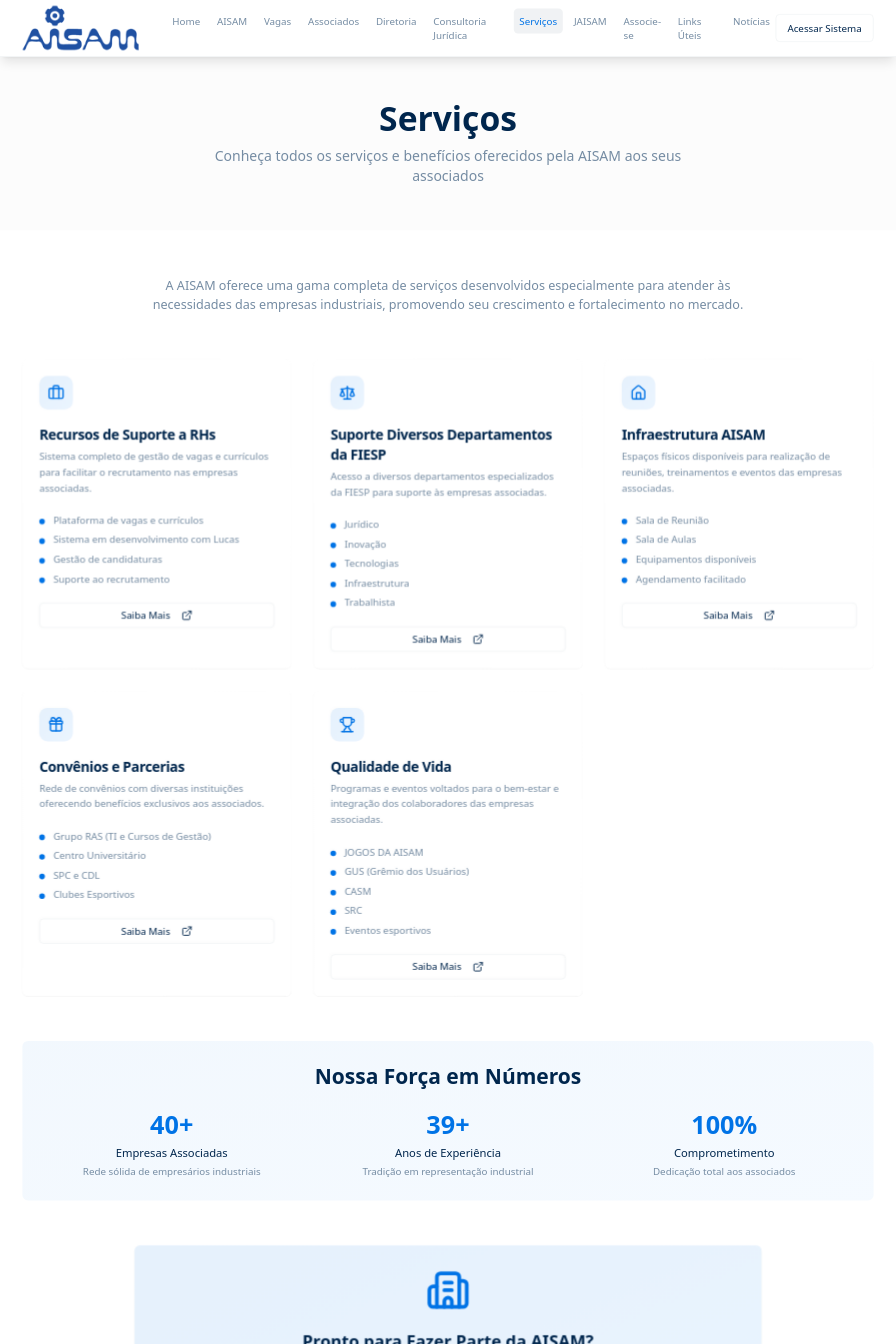
Repository: LucasRios95/aisam.com.br
Page: /servicos (app in frontend/)
An editor plug-in stored every save of this project. The page is shown before and after the next save, followed by the edit.
The browser window is 1280 px wide. The pictures show the part of the page from y = 0 to 1920 px (the page is 2681 px tall), at 70% of full size.
The page's requests for data from a server got no answer. The project was rebuilt for these pictures with package versions that can differ from the ones it lists, and the page was loaded fresh each time. No one was signed in, and anything a server would have sent is missing. Also part of the build but not shown: frontend/vite.config.ts, frontend/src/components/ui/tooltip.tsx, frontend/src/components/Hero.tsx, frontend/src/components/IndustryGrid.tsx, frontend/src/pages/Index.tsx, frontend/src/pages/Aisam.tsx, frontend/src/pages/Associados.tsx, frontend/src/components/ui/avatar.tsx and 36 more.

Above is the page before, as saved 2025-10-23 17:59:59.

### frontend/index.html
<!DOCTYPE html>
<html lang="en">
  <head>
    <meta charset="UTF-8" />
    <link rel="icon" type="image/x-icon" href="/favicon.ico" />
    <meta name="viewport" content="width=device-width, initial-scale=1.0" />
    <title>AISAM - Associação das Indústrias</title>
    <meta name="description" content="Associação das Indústrias de São Roque, Araçariguama, Alumínio e Mairinque. Fundada em 1986, promovendo a união empresarial e defendendo interesses comuns." />
    <meta name="author" content="AISAM" />
    <meta name="keywords" content="AISAM, associação, indústrias, São Roque, Araçariguama, Alumínio, Mairinque, empresas" />

    <meta property="og:title" content="AISAM - Associação das Indústrias" />
    <meta property="og:description" content="Associação das Indústrias de São Roque, Araçariguama, Alumínio e Mairinque" />
    <meta property="og:type" content="website" />
    <meta property="og:image" content="https://lovable.dev/opengraph-image-p98pqg.png" />

    <meta name="twitter:card" content="summary_large_image" />
    <meta name="twitter:site" content="@lovable_dev" />
    <meta name="twitter:image" content="https://lovable.dev/opengraph-image-p98pqg.png" />
  </head>

  <body>
    <div id="root"></div>
    <script type="module" src="/src/main.tsx"></script>
  </body>
</html>

### frontend/src/components/ui/toaster.tsx
import { useToast } from "@/hooks/use-toast"
import {
  Toast,
  ToastClose,
  ToastDescription,
  ToastProvider,
  ToastTitle,
  ToastViewport,
} from "@/components/ui/toast"

export function Toaster() {
  const { toasts } = useToast()

  return (
    <ToastProvider>
      {toasts.map(function ({ id, title, description, action, ...props }) {
        return (
          <Toast key={id} {...props}>
            <div className="grid gap-1">
              {title && <ToastTitle>{title}</ToastTitle>}
              {description && (
                <ToastDescription>{description}</ToastDescription>
              )}
            </div>
            {action}
            <ToastClose />
          </Toast>
        )
      })}
      <ToastViewport />
    </ToastProvider>
  )
}

### frontend/src/components/ui/sonner.tsx
import { useTheme } from "next-themes"
import { Toaster as Sonner, toast } from "sonner"

type ToasterProps = React.ComponentProps<typeof Sonner>

const Toaster = ({ ...props }: ToasterProps) => {
  const { theme = "system" } = useTheme()

  return (
    <Sonner
      theme={theme as ToasterProps["theme"]}
      className="toaster group"
      toastOptions={{
        classNames: {
          toast:
            "group toast group-[.toaster]:bg-background group-[.toaster]:text-foreground group-[.toaster]:border-border group-[.toaster]:shadow-lg",
          description: "group-[.toast]:text-muted-foreground",
          actionButton:
            "group-[.toast]:bg-primary group-[.toast]:text-primary-foreground",
          cancelButton:
            "group-[.toast]:bg-muted group-[.toast]:text-muted-foreground",
        },
      }}
      {...props}
    />
  )
}

export { Toaster, toast }

### frontend/src/pages/Servicos.tsx
import PageLayout from "@/components/PageLayout";
import { motion } from "framer-motion";
import { Card, CardContent, CardHeader, CardTitle } from "@/components/ui/card";
import { Button } from "@/components/ui/button";
import {
  Users,
  Handshake,
  TrendingUp,
  MessageSquare,
  Calendar,
  FileText,
  Building2,
  Phone,
  Mail,
  ExternalLink,
  MessageCircle,
  Briefcase,
  Scale,
  Home,
  Gift,
  Trophy
} from "lucide-react";
import { Link } from "react-router-dom";

const Servicos = () => {
  const servicos = [
    {
      icon: Briefcase,
      title: "Recursos de Suporte a RHs",
      description: "Sistema completo de gestão de vagas e currículos para facilitar o recrutamento nas empresas associadas.",
      features: [
        "Plataforma de vagas e currículos",
        "Sistema em desenvolvimento com Lucas",
        "Gestão de candidaturas",
        "Suporte ao recrutamento"
      ],
      link: "/vagas"
    },
    {
      icon: Scale,
      title: "Suporte Diversos Departamentos da FIESP",
      description: "Acesso a diversos departamentos especializados da FIESP para suporte às empresas associadas.",
      features: [
        "Jurídico",
        "Inovação",
        "Tecnologias",
        "Infraestrutura",
        "Trabalhista"
      ],
      link: "/links-uteis"
    },
    {
      icon: Home,
      title: "Infraestrutura AISAM",
      description: "Espaços físicos disponíveis para realização de reuniões, treinamentos e eventos das empresas associadas.",
      features: [
        "Sala de Reunião",
        "Sala de Aulas",
        "Equipamentos disponíveis",
        "Agendamento facilitado"
      ],
      link: "/contato"
    },
    {
      icon: Gift,
      title: "Convênios e Parcerias",
      description: "Rede de convênios com diversas instituições oferecendo benefícios exclusivos aos associados.",
      features: [
        "Grupo RAS (TI e Cursos de Gestão)",
        "Centro Universitário",
        "SPC e CDL",
        "Clubes Esportivos"
      ],
      link: "/associe-se"
    },
    {
      icon: Trophy,
      title: "Qualidade de Vida",
      description: "Programas e eventos voltados para o bem-estar e integração dos colaboradores das empresas associadas.",
      features: [
        "JOGOS DA AISAM",
        "GUS (Grêmio dos Usuários)",
        "CASM",
        "SRC",
        "Eventos esportivos"
      ],
      link: "/jaisam"
    }
  ];

  const vantagens = [
    {
      number: "40+",
      label: "Empresas Associadas",
      description: "Rede sólida de empresários industriais"
    },
    {
      number: "39+",
      label: "Anos de Experiência",
      description: "Tradição em representação industrial"
    },
    {
      number: "100%",
      label: "Comprometimento",
      description: "Dedicação total aos associados"
    }
  ];

  return (
    <PageLayout
      title="Serviços"
      description="Conheça todos os serviços e benefícios oferecidos pela AISAM aos seus associados"
    >
      <section className="py-16">
        <div className="container mx-auto px-4 sm:px-6 lg:px-8">

          {/* Introdução */}
          <motion.div
            initial={{ opacity: 0, y: 30 }}
            whileInView={{ opacity: 1, y: 0 }}
            transition={{ duration: 0.6 }}
            viewport={{ once: true }}
            className="text-center mb-16"
          >
            <p className="text-lg text-muted-foreground max-w-4xl mx-auto">
              A AISAM oferece uma gama completa de serviços desenvolvidos especialmente para
              atender às necessidades das empresas industriais, promovendo seu crescimento
              e fortalecimento no mercado.
            </p>
          </motion.div>

          {/* Grid de Serviços */}
          <div className="grid grid-cols-1 md:grid-cols-2 lg:grid-cols-3 gap-8 mb-16">
            {servicos.map((servico, index) => (
              <motion.div
                key={servico.title}
                initial={{ opacity: 0, y: 20 }}
                whileInView={{ opacity: 1, y: 0 }}
                transition={{ duration: 0.4, delay: index * 0.1 }}
                viewport={{ once: true }}
              >
                <Card className="card-shadow h-full border-0 bg-gradient-to-br from-card to-card/80 backdrop-blur-sm hover:scale-105 transition-all duration-300 group">
                  <CardHeader>
                    <div className="w-12 h-12 mb-4 rounded-xl bg-gradient-to-br from-primary/10 to-accent/10 flex items-center justify-center group-hover:scale-110 transition-transform duration-300">
                      <servico.icon className="h-6 w-6 text-primary" />
                    </div>
                    <CardTitle className="text-xl text-foreground">{servico.title}</CardTitle>
                    <p className="text-muted-foreground text-sm leading-relaxed">
                      {servico.description}
                    </p>
                  </CardHeader>
                  <CardContent>
                    <ul className="space-y-2 mb-6">
                      {servico.features.map((feature, featureIndex) => (
                        <li key={featureIndex} className="flex items-start space-x-3">
                          <div className="w-2 h-2 rounded-full bg-primary mt-2 flex-shrink-0"></div>
                          <span className="text-muted-foreground text-sm">{feature}</span>
                        </li>
                      ))}
                    </ul>
                    <Button variant="outline" size="sm" asChild className="w-full">
                      <Link to={servico.link}>
                        Saiba Mais
                        <ExternalLink className="ml-2 h-4 w-4" />
                      </Link>
                    </Button>
                  </CardContent>
                </Card>
              </motion.div>
            ))}
          </div>

          {/* Estatísticas */}
          <motion.div
            initial={{ opacity: 0, y: 30 }}
            whileInView={{ opacity: 1, y: 0 }}
            transition={{ duration: 0.6 }}
            viewport={{ once: true }}
            className="bg-gradient-to-br from-primary/5 to-accent/5 rounded-lg p-8 mb-16"
          >
            <h2 className="text-3xl font-bold text-foreground mb-8 text-center">
              Nossa Força em Números
            </h2>
            <div className="grid grid-cols-2 md:grid-cols-3 gap-8">
              {vantagens.map((vantagem, index) => (
                <motion.div
                  key={vantagem.label}
                  initial={{ opacity: 0, scale: 0.8 }}
                  whileInView={{ opacity: 1, scale: 1 }}
                  transition={{ duration: 0.4, delay: index * 0.1 }}
                  viewport={{ once: true }}
                  className="text-center"
                >
                  <div className="text-3xl md:text-4xl font-bold text-primary mb-2">
                    {vantagem.number}
                  </div>
                  <div className="font-medium text-foreground mb-1">
                    {vantagem.label}
                  </div>
                  <div className="text-sm text-muted-foreground">
                    {vantagem.description}
                  </div>
                </motion.div>
              ))}
            </div>
          </motion.div>

          {/* Call to Action */}
          <motion.div
            initial={{ opacity: 0, y: 30 }}
            whileInView={{ opacity: 1, y: 0 }}
            transition={{ duration: 0.6 }}
            viewport={{ once: true }}
            className="text-center"
          >
            <Card className="max-w-4xl mx-auto border-0 bg-gradient-to-br from-primary/10 to-accent/10 backdrop-blur-sm">
              <CardContent className="p-8">
                <Building2 className="h-16 w-16 mx-auto mb-6 text-primary" />
                <h2 className="text-2xl font-bold text-foreground mb-4">
                  Pronto para Fazer Parte da AISAM?
                </h2>
                <p className="text-lg text-muted-foreground mb-8 max-w-2xl mx-auto">
                  Junte-se à maior associação industrial da região e tenha acesso a todos
                  esses serviços e benefícios exclusivos para empresas associadas.
                </p>
                <div className="flex flex-col sm:flex-row gap-4 justify-center">
                  <Button size="lg" asChild>
                    <Link to="/associe-se">
                      Associe-se Agora
                      <ExternalLink className="ml-2 h-5 w-5" />
                    </Link>
                  </Button>
                  <Button size="lg" variant="outline" asChild>
                    <Link to="/contato">
                      Saiba Mais
                      <ExternalLink className="ml-2 h-5 w-5" />
                    </Link>
                  </Button>
                  <Button size="lg" variant="secondary" asChild>
                    <a href="https://wa.me/551147126979" target="_blank" rel="noopener noreferrer">
                      WhatsApp
                      <MessageCircle className="ml-2 h-5 w-5" />
                    </a>
                  </Button>
                </div>

                <div className="flex flex-col sm:flex-row items-center justify-center gap-6 mt-8 pt-6 border-t border-border/30">
                  <div className="flex items-center space-x-3 text-muted-foreground">
                    <Phone className="w-5 h-5 text-primary" />
                    <span>(11) 4712-6979</span>
                  </div>
                  <div className="flex items-center space-x-3 text-muted-foreground">
                    <Mail className="w-5 h-5 text-primary" />
                    <span>aisam@aisam.com.br</span>
                  </div>
                </div>
              </CardContent>
            </Card>
          </motion.div>
        </div>
      </section>
    </PageLayout>
  );
};

export default Servicos;

### frontend/src/components/PageLayout.tsx
import { motion } from "framer-motion";
import Header from "./Header";
import Footer from "./Footer";

interface PageLayoutProps {
  children: React.ReactNode;
  title?: string;
  description?: string;
}

const PageLayout = ({ children, title, description }: PageLayoutProps) => {
  return (
    <div className="min-h-screen flex flex-col">
      <Header />

      <motion.main
        initial={{ opacity: 0, y: 20 }}
        animate={{ opacity: 1, y: 0 }}
        transition={{ duration: 0.4 }}
        className="flex-grow page-transition"
        role="main"
      >
        {title && (
          <div className="bg-muted/50 py-16">
            <div className="container mx-auto px-4 sm:px-6 lg:px-8 text-center">
              <motion.h1
                initial={{ opacity: 0, y: 30 }}
                animate={{ opacity: 1, y: 0 }}
                transition={{ duration: 0.6 }}
                className="text-3xl md:text-4xl lg:text-5xl font-bold text-foreground mb-4"
              >
                {title}
              </motion.h1>
              {description && (
                <motion.p
                  initial={{ opacity: 0, y: 30 }}
                  animate={{ opacity: 1, y: 0 }}
                  transition={{ duration: 0.6, delay: 0.1 }}
                  className="text-xl text-muted-foreground max-w-3xl mx-auto"
                >
                  {description}
                </motion.p>
              )}
            </div>
          </div>
        )}

        {children}
      </motion.main>

      <Footer />
    </div>
  );
};

export default PageLayout;

### frontend/src/components/ui/button.tsx
import * as React from "react"
import { Slot } from "@radix-ui/react-slot"
import { cva, type VariantProps } from "class-variance-authority"

import { cn } from "@/lib/utils"

const buttonVariants = cva(
  "inline-flex items-center justify-center gap-2 whitespace-nowrap rounded-md text-sm font-medium ring-offset-background transition-colors focus-visible:outline-none focus-visible:ring-2 focus-visible:ring-ring focus-visible:ring-offset-2 disabled:pointer-events-none disabled:opacity-50 [&_svg]:pointer-events-none [&_svg]:size-4 [&_svg]:shrink-0",
  {
    variants: {
      variant: {
        default: "bg-primary text-primary-foreground hover:bg-primary/90",
        destructive:
          "bg-destructive text-destructive-foreground hover:bg-destructive/90",
        outline:
          "border border-input bg-background hover:bg-accent hover:text-accent-foreground",
        secondary:
          "bg-secondary text-secondary-foreground hover:bg-secondary/80",
        ghost: "hover:bg-accent hover:text-accent-foreground",
        link: "text-primary underline-offset-4 hover:underline",
      },
      size: {
        default: "h-10 px-4 py-2",
        sm: "h-9 rounded-md px-3",
        lg: "h-11 rounded-md px-8",
        icon: "h-10 w-10",
      },
    },
    defaultVariants: {
      variant: "default",
      size: "default",
    },
  }
)

export interface ButtonProps
  extends React.ButtonHTMLAttributes<HTMLButtonElement>,
    VariantProps<typeof buttonVariants> {
  asChild?: boolean
}

const Button = React.forwardRef<HTMLButtonElement, ButtonProps>(
  ({ className, variant, size, asChild = false, ...props }, ref) => {
    const Comp = asChild ? Slot : "button"
    return (
      <Comp
        className={cn(buttonVariants({ variant, size, className }))}
        ref={ref}
        {...props}
      />
    )
  }
)
Button.displayName = "Button"

export { Button, buttonVariants }

### frontend/src/components/ui/card.tsx
import * as React from "react"

import { cn } from "@/lib/utils"

const Card = React.forwardRef<
  HTMLDivElement,
  React.HTMLAttributes<HTMLDivElement>
>(({ className, ...props }, ref) => (
  <div
    ref={ref}
    className={cn(
      "rounded-lg border bg-card text-card-foreground shadow-sm",
      className
    )}
    {...props}
  />
))
Card.displayName = "Card"

const CardHeader = React.forwardRef<
  HTMLDivElement,
  React.HTMLAttributes<HTMLDivElement>
>(({ className, ...props }, ref) => (
  <div
    ref={ref}
    className={cn("flex flex-col space-y-1.5 p-6", className)}
    {...props}
  />
))
CardHeader.displayName = "CardHeader"

const CardTitle = React.forwardRef<
  HTMLParagraphElement,
  React.HTMLAttributes<HTMLHeadingElement>
>(({ className, ...props }, ref) => (
  <h3
    ref={ref}
    className={cn(
      "text-2xl font-semibold leading-none tracking-tight",
      className
    )}
    {...props}
  />
))
CardTitle.displayName = "CardTitle"

const CardDescription = React.forwardRef<
  HTMLParagraphElement,
  React.HTMLAttributes<HTMLParagraphElement>
>(({ className, ...props }, ref) => (
  <p
    ref={ref}
    className={cn("text-sm text-muted-foreground", className)}
    {...props}
  />
))
CardDescription.displayName = "CardDescription"

const CardContent = React.forwardRef<
  HTMLDivElement,
  React.HTMLAttributes<HTMLDivElement>
>(({ className, ...props }, ref) => (
  <div ref={ref} className={cn("p-6 pt-0", className)} {...props} />
))
CardContent.displayName = "CardContent"

const CardFooter = React.forwardRef<
  HTMLDivElement,
  React.HTMLAttributes<HTMLDivElement>
>(({ className, ...props }, ref) => (
  <div
    ref={ref}
    className={cn("flex items-center p-6 pt-0", className)}
    {...props}
  />
))
CardFooter.displayName = "CardFooter"

export { Card, CardHeader, CardFooter, CardTitle, CardDescription, CardContent }

### frontend/tailwind.config.ts
import type { Config } from "tailwindcss";

export default {
	darkMode: ["class"],
	content: [
		"./pages/**/*.{ts,tsx}",
		"./components/**/*.{ts,tsx}",
		"./app/**/*.{ts,tsx}",
		"./src/**/*.{ts,tsx}",
	],
	prefix: "",
	theme: {
		container: {
			center: true,
			padding: '2rem',
			screens: {
				'2xl': '1400px'
			}
		},
		extend: {
			colors: {
				border: 'hsl(var(--border))',
				input: 'hsl(var(--input))',
				ring: 'hsl(var(--ring))',
				background: 'hsl(var(--background))',
				foreground: 'hsl(var(--foreground))',
				primary: {
					DEFAULT: 'hsl(var(--primary))',
					foreground: 'hsl(var(--primary-foreground))',
					hover: 'hsl(var(--primary-hover))'
				},
				secondary: {
					DEFAULT: 'hsl(var(--secondary))',
					foreground: 'hsl(var(--secondary-foreground))'
				},
				destructive: {
					DEFAULT: 'hsl(var(--destructive))',
					foreground: 'hsl(var(--destructive-foreground))'
				},
				muted: {
					DEFAULT: 'hsl(var(--muted))',
					foreground: 'hsl(var(--muted-foreground))'
				},
				accent: {
					DEFAULT: 'hsl(var(--accent))',
					foreground: 'hsl(var(--accent-foreground))'
				},
				popover: {
					DEFAULT: 'hsl(var(--popover))',
					foreground: 'hsl(var(--popover-foreground))'
				},
				card: {
					DEFAULT: 'hsl(var(--card))',
					foreground: 'hsl(var(--card-foreground))'
				},
				sidebar: {
					DEFAULT: 'hsl(var(--sidebar-background))',
					foreground: 'hsl(var(--sidebar-foreground))',
					primary: 'hsl(var(--sidebar-primary))',
					'primary-foreground': 'hsl(var(--sidebar-primary-foreground))',
					accent: 'hsl(var(--sidebar-accent))',
					'accent-foreground': 'hsl(var(--sidebar-accent-foreground))',
					border: 'hsl(var(--sidebar-border))',
					ring: 'hsl(var(--sidebar-ring))'
				}
			},
			borderRadius: {
				lg: 'var(--radius)',
				md: 'calc(var(--radius) - 2px)',
				sm: 'calc(var(--radius) - 4px)'
			},
			keyframes: {
				'accordion-down': {
					from: {
						height: '0'
					},
					to: {
						height: 'var(--radix-accordion-content-height)'
					}
				},
				'accordion-up': {
					from: {
						height: 'var(--radix-accordion-content-height)'
					},
					to: {
						height: '0'
					}
				},
				'fade-in': {
					'0%': {
						opacity: '0',
						transform: 'translateY(10px)'
					},
					'100%': {
						opacity: '1',
						transform: 'translateY(0)'
					}
				},
				'slide-in': {
					'0%': {
						transform: 'translateX(-100%)'
					},
					'100%': {
						transform: 'translateX(0)'
					}
				},
				'scale-in': {
					'0%': {
						transform: 'scale(0.95)',
						opacity: '0'
					},
					'100%': {
						transform: 'scale(1)',
						opacity: '1'
					}
				}
			},
			animation: {
				'accordion-down': 'accordion-down 0.2s ease-out',
				'accordion-up': 'accordion-up 0.2s ease-out',
				'fade-in': 'fade-in 0.3s ease-out',
				'slide-in': 'slide-in 0.3s ease-out',
				'scale-in': 'scale-in 0.2s ease-out'
			}
		}
	},
	plugins: [require("tailwindcss-animate")],
} satisfies Config;

Loaded but not shown: frontend/src/main.tsx (common file); frontend/src/hooks/use-toast.ts (common file); frontend/src/lib/utils.ts (common file); frontend/src/hooks/useAuth.tsx (289 lines, source omitted); frontend/src/components/Header.tsx (136 lines, source omitted); frontend/src/components/ui/toast.tsx (127 lines, source omitted); frontend/src/components/Footer.tsx (110 lines, source omitted); frontend/src/index.css (157 lines, source omitted); frontend/src/App.tsx (71 lines, source omitted)

After the next save:
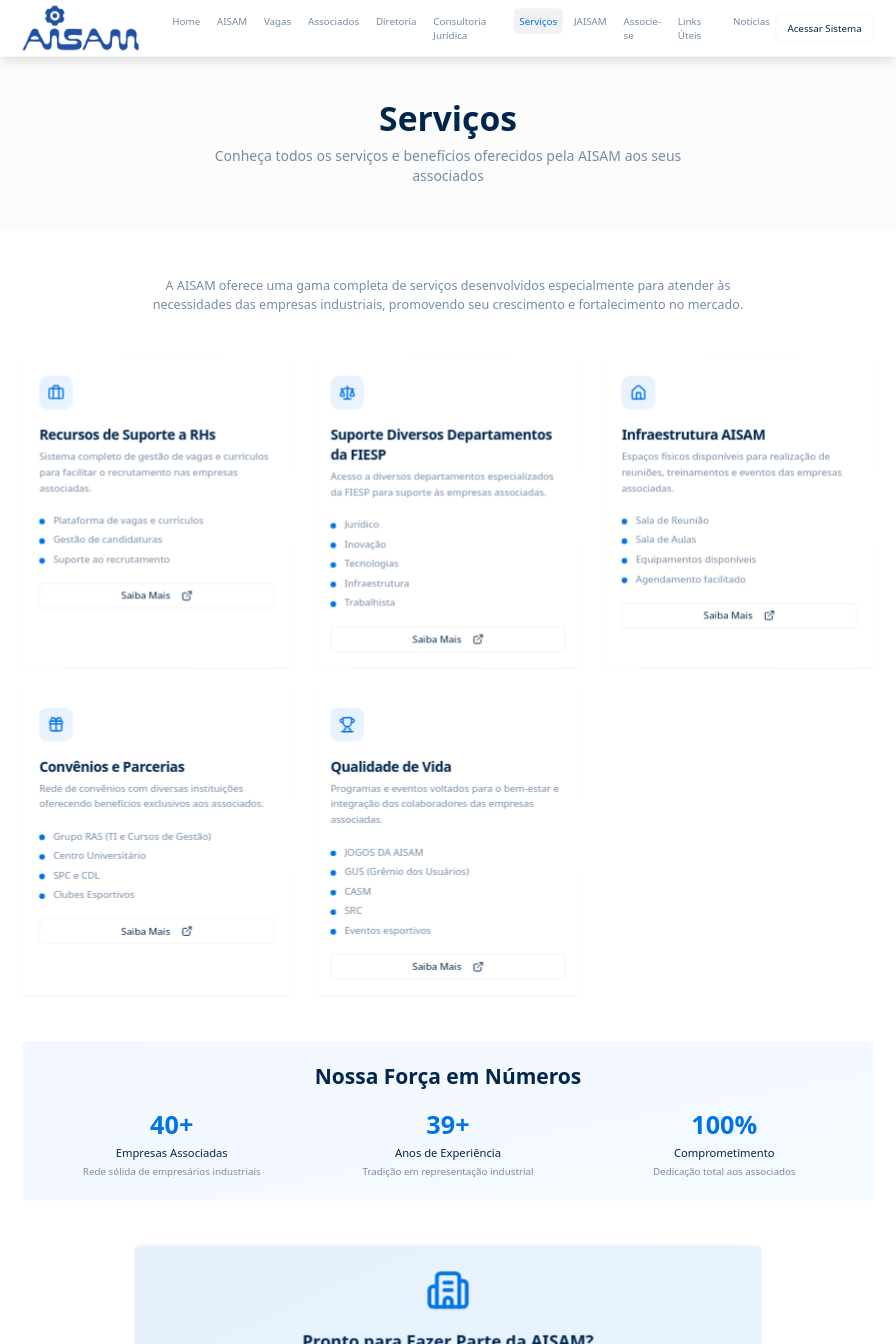
Saved 60 min 51 s later.
--- a/frontend/src/pages/Servicos.tsx
+++ b/frontend/src/pages/Servicos.tsx
@@ -30,7 +30,6 @@
       description: "Sistema completo de gestão de vagas e currículos para facilitar o recrutamento nas empresas associadas.",
       features: [
         "Plataforma de vagas e currículos",
-        "Sistema em desenvolvimento com Lucas",
         "Gestão de candidaturas",
         "Suporte ao recrutamento"
       ],
